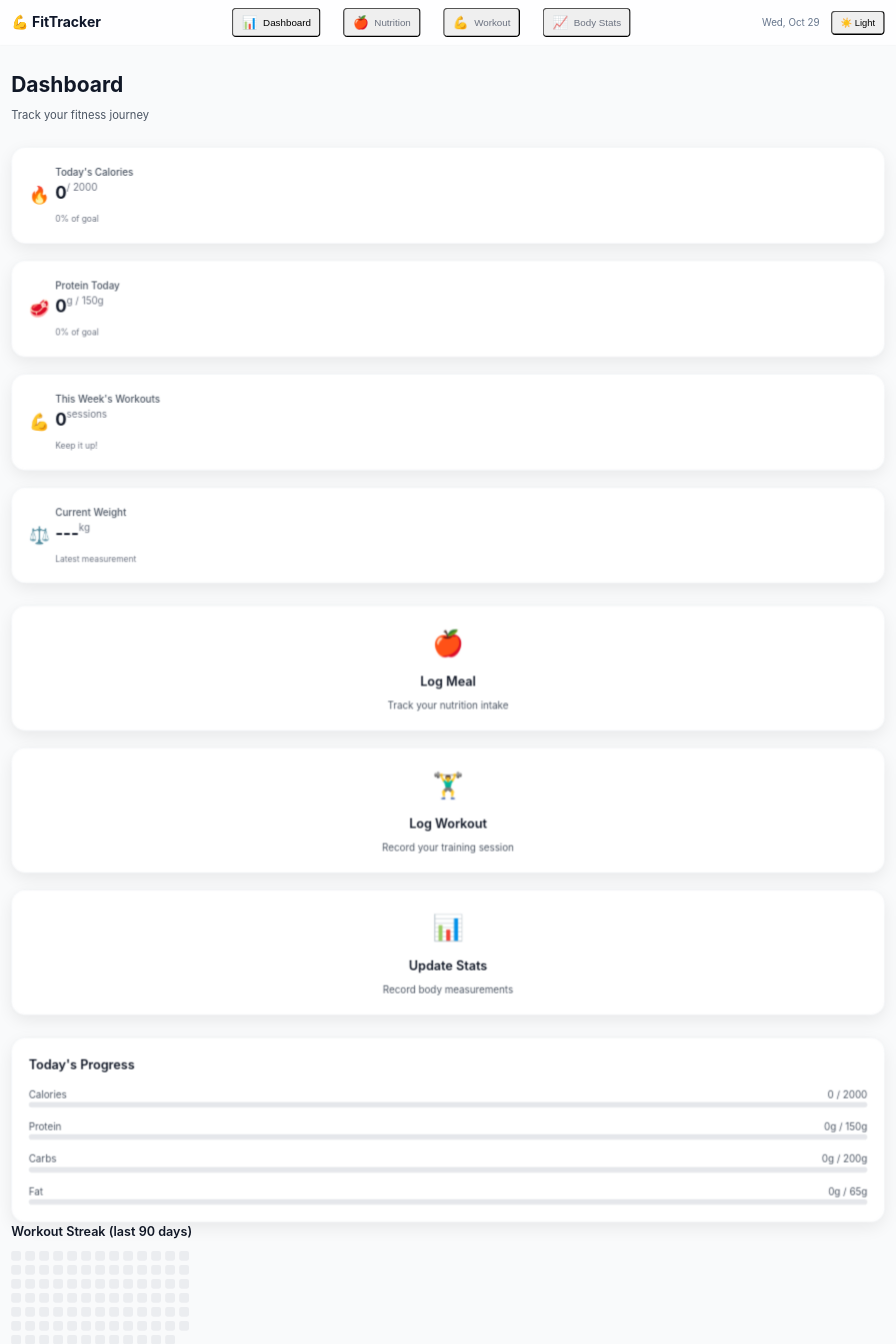
Repository: Apoorv888/Fitness-App
Page: /
The author's editor kept a copy of each file at every save. The page is drawn from the files as they stood at one save, then again after the next save.
The browser window is 1280 px wide. The pictures show the part of the page from y = 0 to 1920 px (the page is 2498 px tall before and 2962 px after), at 70% of full size.
Backgrounds fixed to the window are drawn as part of the page. The project was rebuilt for these pictures with package versions that can differ from the ones it lists, and the page was loaded fresh each time. Also part of the build but not shown: vite.config.ts, src/components/MealForm.tsx, src/components/MealList.tsx, src/components/GoalsForm.tsx, src/components/NutritionCharts.tsx, src/pages/Nutrition.tsx, src/components/WorkoutForm.tsx, src/components/WorkoutList.tsx and 9 more.

Above is the page before, as saved 2025-10-31 19:54:36.

After the next save:
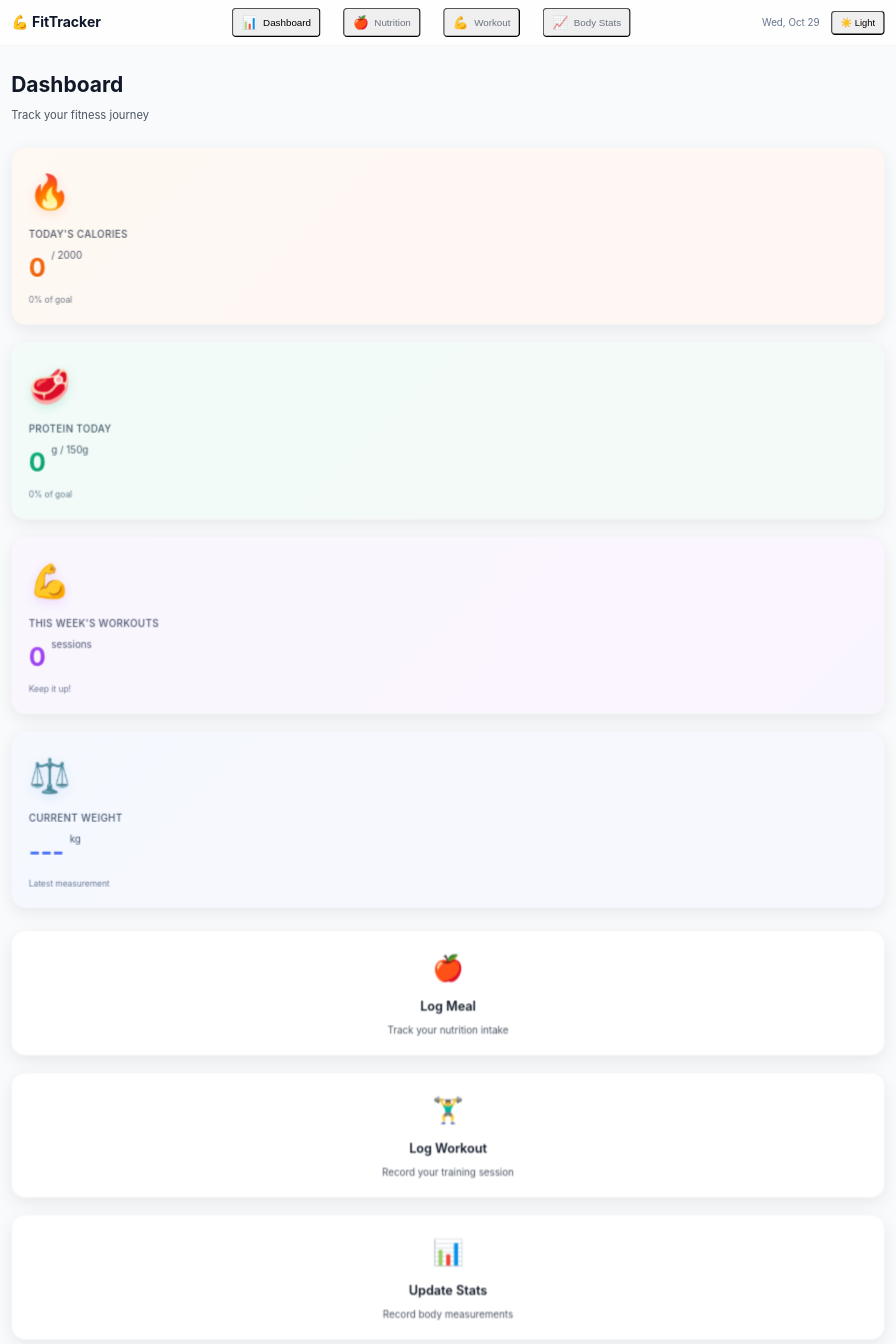
Saved 31 s later.
--- a/src/components/StatCard.tsx
+++ b/src/components/StatCard.tsx
@@ -9,6 +9,20 @@ interface StatCardProps {
   subtitle?: string;
   color?: 'blue' | 'green' | 'orange' | 'purple';
 }
+
+const colorGradients = {
+  blue: 'linear-gradient(135deg, #3b82f6 0%, #6366f1 100%)',
+  green: 'linear-gradient(135deg, #10b981 0%, #059669 100%)',
+  orange: 'linear-gradient(135deg, #f97316 0%, #ea580c 100%)',
+  purple: 'linear-gradient(135deg, #a855f7 0%, #9333ea 100%)',
+};
+
+const colorGlows = {
+  blue: 'rgba(59, 130, 246, 0.2)',
+  green: 'rgba(16, 185, 129, 0.2)',
+  orange: 'rgba(249, 115, 22, 0.2)',
+  purple: 'rgba(168, 85, 247, 0.2)',
+};
 
 export const StatCard: React.FC<StatCardProps> = ({
   title,
@@ -26,28 +40,76 @@ export const StatCard: React.FC<StatCardProps> = ({
   };
 
   return (
-    <div className="card hover:shadow-md transition-shadow">
-      <div className="flex items-center justify-between">
-        <div className="flex items-center space-x-2">
-          <div className="text-2xl">{icon}</div>
-          <div>
-            <h3 className="text-sm font-medium text-gray-600">{title}</h3>
-            <div className="flex items-baseline space-x-1">
-              <span className="text-2xl font-bold text-gray-900">{value}</span>
-              {unit && <span className="text-sm text-gray-500">{unit}</span>}
-            </div>
-            {subtitle && (
-              <p className="text-xs text-gray-500 mt-2">{subtitle}</p>
-            )}
-          </div>
-        </div>
+    <div
+      className="card"
+      style={{
+        position: 'relative',
+        overflow: 'hidden'
+      }}
+    >
+      {/* Animated gradient background */}
+      <div
+        style={{
+          position: 'absolute',
+          top: 0,
+          left: 0,
+          right: 0,
+          bottom: 0,
+          background: colorGradients[color],
+          opacity: 0.05,
+          transition: 'opacity 0.3s ease',
+        }}
+      />
 
+      {/* Icon with glow effect */}
+      <div
+        style={{
+          fontSize: '48px',
+          marginBottom: '12px',
+          display: 'inline-block',
+          filter: `drop-shadow(0 4px 8px ${colorGlows[color]})`,
+          animation: 'pulse 3s ease-in-out infinite'
+        }}
+      >
+        {icon}
+      </div>
+
+      <h3
+        className="text-sm font-medium mb-2"
+        style={{ color: 'var(--text-secondary)', textTransform: 'uppercase', letterSpacing: '0.5px' }}
+      >
+        {title}
+      </h3>
+
+      <div className="flex items-baseline space-x-2 mb-2">
+        <span
+          className="text-4xl font-bold"
+          style={{
+            background: colorGradients[color],
+            WebkitBackgroundClip: 'text',
+            WebkitTextFillColor: 'transparent',
+            backgroundClip: 'text'
+          }}
+        >
+          {value}
+        </span>
+        {unit && (
+          <span className="text-sm" style={{ color: 'var(--text-secondary)' }}>
+            {unit}
+          </span>
+        )}
         {trend && (
-          <div className="text-lg">
+          <span className="text-xl ml-auto">
             {trendIcons[trend]}
-          </div>
+          </span>
         )}
       </div>
+
+      {subtitle && (
+        <p className="text-xs" style={{ color: 'var(--muted)' }}>
+          {subtitle}
+        </p>
+      )}
     </div>
   );
 };
